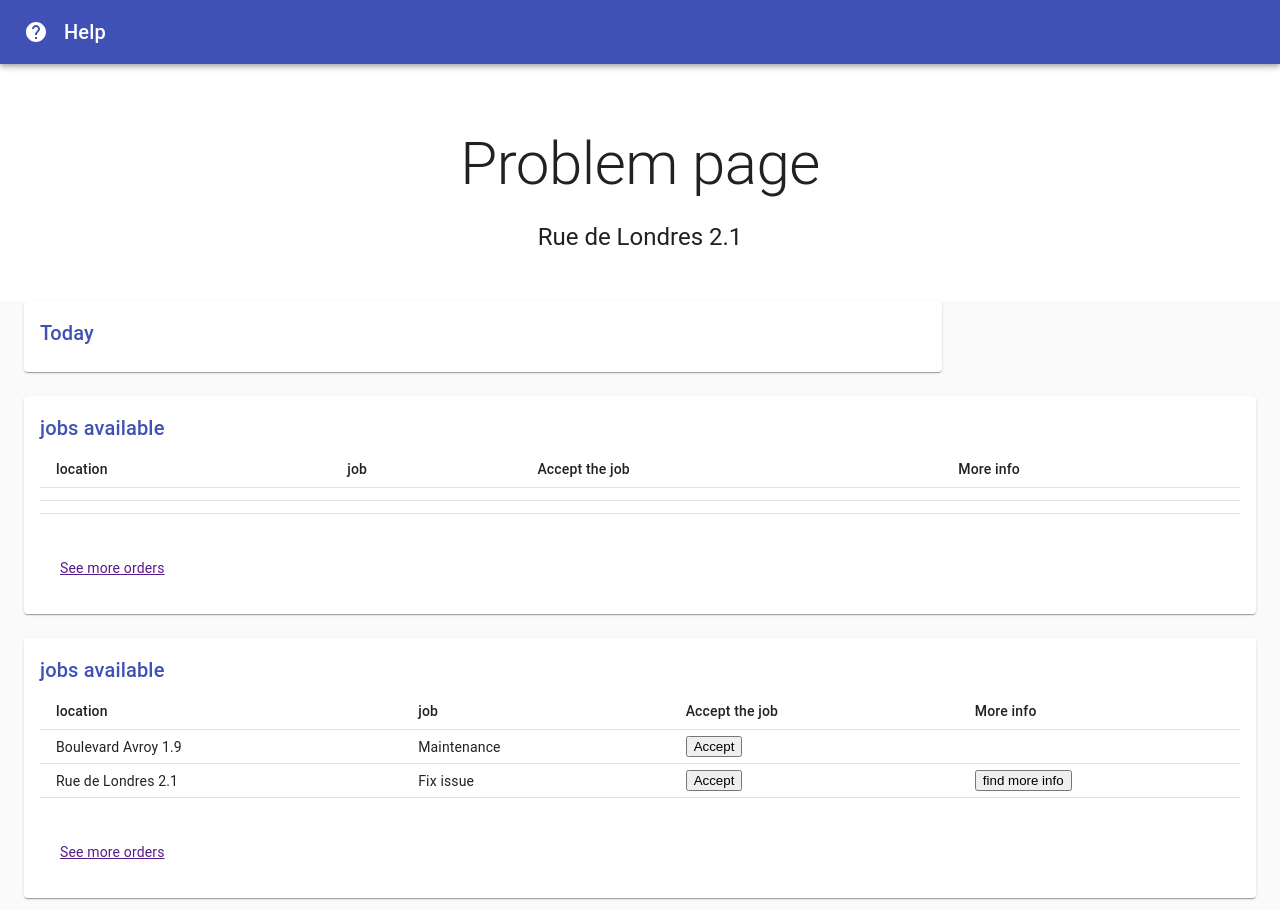
Repository: sapbrussels/intelligenthighway_webapp
Page: /Problempage (app in router/)
The author's editor kept a copy of each file at every save. The page is drawn from the files as they stood at one save, then again after the next save.
The browser window is 1280 px wide. The pictures show the whole page.
The project was rebuilt for these pictures with package versions that can differ from the ones it lists, and the page was loaded fresh each time. Also part of the build but not shown: router/src/App.css, router/src/Login.js, router/src/Maps.js, router/src/Jobspage.js, router/src/Direction.js, router/src/Maintenance.js, router/src/Help.js.

Above is the page before, as saved 2020-03-31 14:49:20.

After the next save:
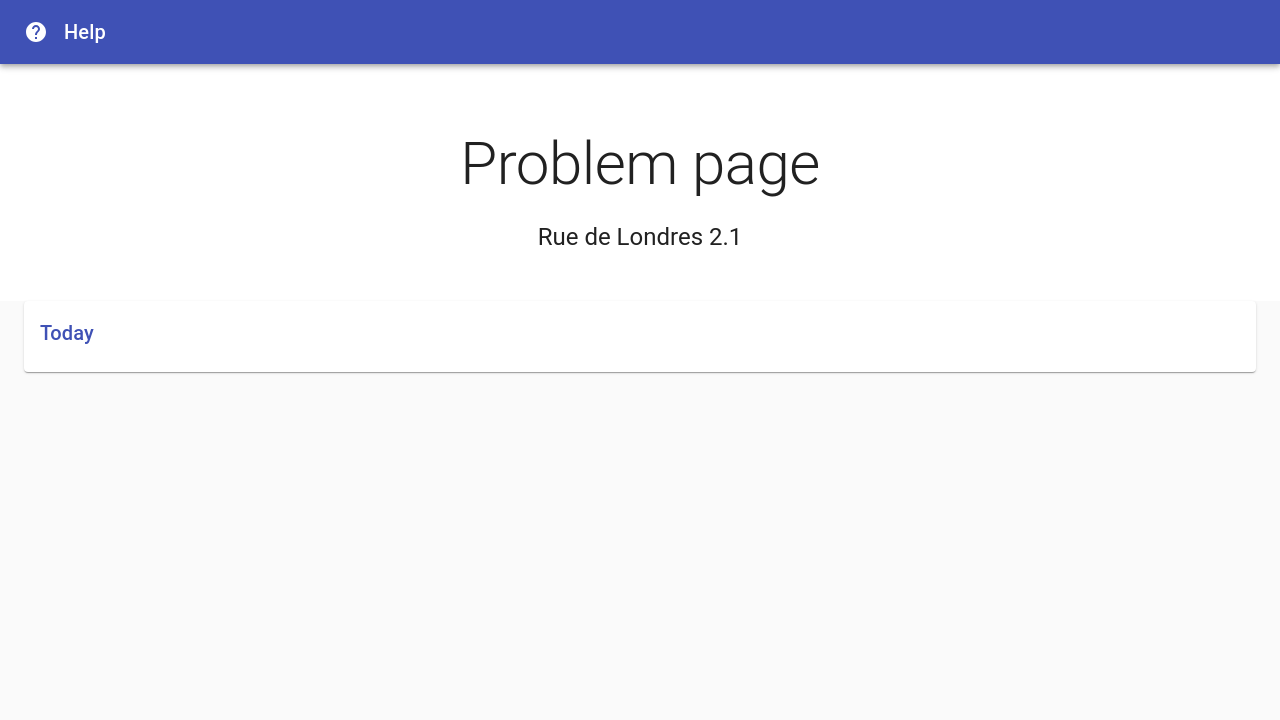
Saved 2 min 51 s later.
--- a/router/src/Problempage.js
+++ b/router/src/Problempage.js
@@ -8,8 +8,7 @@ import Toolbar from '@material-ui/core/Toolbar';
 import Typography from '@material-ui/core/Typography';
 import { makeStyles } from '@material-ui/core/styles';
 import Container from '@material-ui/core/Container';
-import SensorData from './SensorData';
-import CommunityData from './CommunityData';
+
 import Voltage from './Voltage';
 
 const useStyles = makeStyles((theme) => ({
@@ -89,21 +88,9 @@ export default function Album() {
         <div className={classes.appBarSpacer} />
         <Container maxWidth="lg" className={classes.container}> {/* lg */}
           <Grid container spacing={3}>
-          <Grid item xs={12} md={8} lg={9}>
+          <Grid item xs={12} >
               <Paper className={classes.paper}>
                 <Voltage />
-              </Paper>
-            </Grid>
-            {/* LighStatus */}
-            <Grid item xs={12}>
-              <Paper className={classes.paper}>
-                <SensorData />
-              </Paper>
-            </Grid>
-            {/* Jobs list */}
-            <Grid item xs={12}>
-              <Paper className={classes.paper}>
-                <CommunityData />
               </Paper>
             </Grid>
           </Grid>
